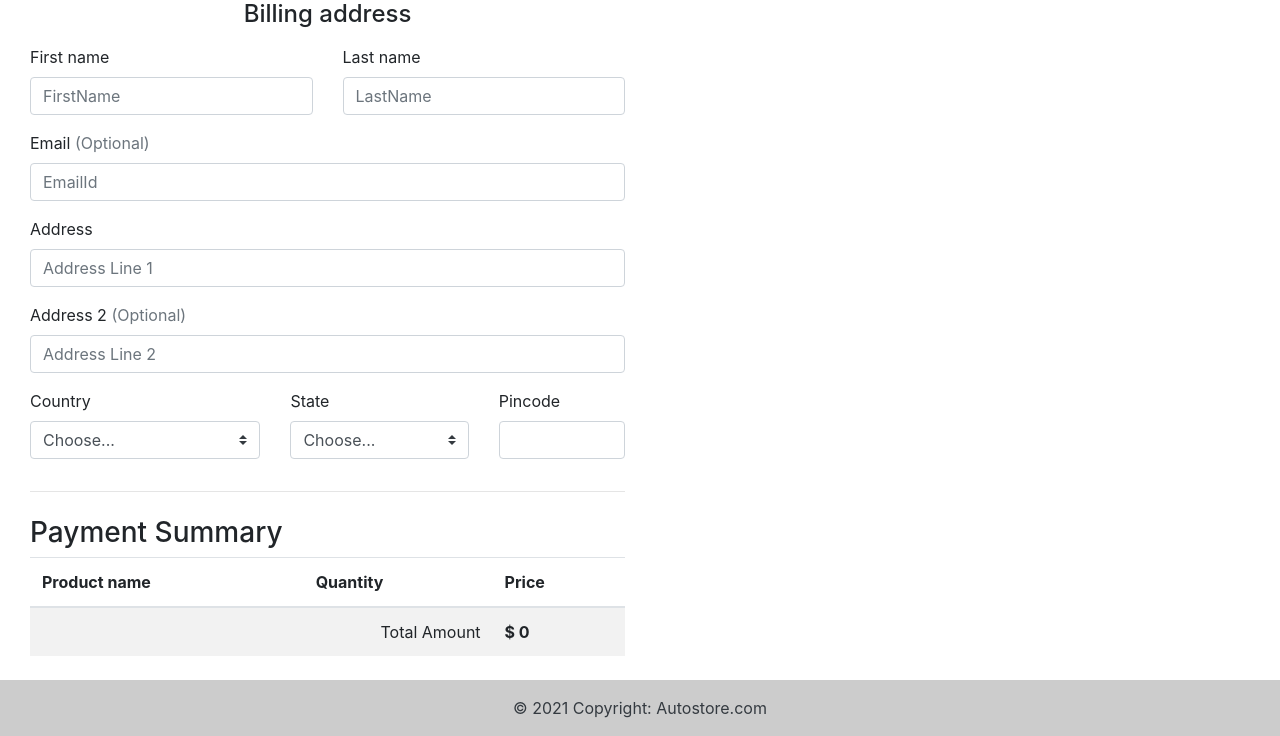
Repository: pravinsakthivel/ecommerce
Page: /checkout
The author's editor kept a copy of each file at every save. The page is drawn from the files as they stood at one save, then again after the next save.
The browser window is 1280 px wide. The pictures show the whole page.
The project was rebuilt for these pictures with package versions that can differ from the ones it lists, and the page was loaded fresh each time. Also part of the build but not shown: src/components/UI/BaseButton.vue, src/components/ProductItem.vue, src/components/UI/ShoppingCartIcon.vue, src/components/UI/NavigationBar.vue, src/components/UI/SearchBar.vue, src/components/ProductDescriptionModal.vue, src/components/ProductList.vue, src/components/CartList.vue and 5 more.

Above is the page before, as saved 2021-04-10 22:16:18.

### public/index.html
<!DOCTYPE html>
<html lang="">
  <head>
    <meta charset="utf-8" />
    <meta http-equiv="X-UA-Compatible" content="IE=edge" />
    <meta name="viewport" content="width=device-width,initial-scale=1.0" />
    <link rel="icon" href="<%= BASE_URL %>favicon.ico" />
    <link
      href="https://fonts.googleapis.com/css?family=Nunito+Sans:400,400i,700,900&display=swap"
      rel="stylesheet"
    />
    <title><%= htmlWebpackPlugin.options.title %></title>
  </head>
  <style>
    #page-container {
      position: relative;
      min-height: 100vh;
    }

    #content-wrap {
      padding-bottom: 2.5rem; /* Footer height */
    }

    #footer {
      position: absolute;
      bottom: 0;
      width: 100%;
      height: 2.5rem; /* Footer height */
    }
  </style>
  <body>
    <noscript>
      <strong
        >We're sorry but <%= htmlWebpackPlugin.options.title %> doesn't work
        properly without JavaScript enabled. Please enable it to
        continue.</strong
      >
    </noscript>
    <div id="page-container">
      <div id="content-wrap">
        <div id="app"></div>
      </div>
      <footer id="footer">
        <div class="text-center text-dark p-3 footer" style="background-color: rgba(0, 0, 0, 0.2);">
          © 2021 Copyright:
          <a class="text-dark" href="#">Autostore.com</a>
        </div>
      </footer>
    </div>
    <!-- built files will be auto injected -->
  </body>
</html>

### src/main.js
import { createApp } from 'vue';
import App from './App.vue';
import router from './router.js';
import store from './store.js';
import 'bootstrap';
import 'font-awesome/css/font-awesome.min.css';
import 'bootstrap/dist/css/bootstrap.min.css';
import BaseButton from "./components/UI/BaseButton.vue";
import BaseBadge from './components/UI/BaseBadge.vue';
import TheJumbotrom from './components/UI/TheJumbotron.vue';
import BaseModal from './components/UI/BaseModal.vue';



const app = createApp(App);
app.use(router);
app.use(store);
app.component('base-button',BaseButton);
app.component('base-badge',BaseBadge);
app.component('the-jumbotron',TheJumbotrom);
app.component('base-modal',BaseModal);
app.mount('#app');

### src/App.vue
<template>
 <router-view></router-view>

</template>

<script>

export default {
  name: 'App',
}
</script>

<style >

</style>

### src/router.js
import { createRouter, createWebHistory } from "vue-router";
import ProductList from "./components/ProductList.vue";
import CartList from "./components/CartList.vue";
import OrderSuccessPage from "./components/UI/OrderSuccess.vue";
import LoginPage from "./components/UI/LoginPage.vue";
import CheckoutPage from "./components/CheckoutPage.vue";

const router = createRouter({
  history: createWebHistory(),
  routes: [
    {
      path: "/",
      redirect: "/login",
    },
    {
      path: "/cartIems",
      component: CartList,
    },
    {
      path: "/products",
      component: ProductList,
    },
    {
      path: "/orderSuccessPage",
      component: OrderSuccessPage,
    },
    {
      path: "/login",
      component: LoginPage,
    },
    {
      path:"/checkout",
      component:CheckoutPage
    }
  ],
});

export default router;

### src/store.js
import {createStore} from 'vuex';
import productModule from './store/products/index.js'

const store = createStore({
   modules:{
        products:productModule
   }
});

export default store;

### src/components/CheckoutPage.vue
<template>
  <div class="col-md-12">
    <div class="col-md-6 ">
      <h4 class="mb-3 text-center">Billing address</h4>
      <form>
        <div class="row">
          <div class="col-md-6 mb-3">
            <label for="firstName">First name</label>
            <input
              type="text"
              class="form-control"
              id="firstName"
              placeholder="FirstName"
              value=""
              required
            />
          </div>
          <div class="col-md-6 mb-3">
            <label for="lastName">Last name</label>
            <input
              type="text"
              class="form-control"
              id="lastName"
              placeholder="LastName"
              value=""
              required
            />
          </div>
        </div>
        <div class="mb-3">
          <label for="email"
            >Email <span class="text-muted">(Optional)</span></label
          >
          <input
            type="email"
            class="form-control"
            id="email"
            placeholder="EmailId"
          />
        </div>

        <div class="mb-3">
          <label for="address">Address</label>
          <input
            type="text"
            class="form-control"
            id="address"
            placeholder="Address Line 1"
            required
          />
        </div>

        <div class="mb-3">
          <label for="address2"
            >Address 2 <span class="text-muted">(Optional)</span></label
          >
          <input
            type="text"
            class="form-control"
            id="address2"
            placeholder="Address Line 2"
          />
        </div>

        <div class="row">
          <div class="col-md-5 mb-3">
            <label for="country">Country</label>
            <select class="custom-select d-block w-100" id="country" required>
              <option value="">Choose...</option>
              <option>India</option>
            </select>
          </div>
          <div class="col-md-4 mb-3">
            <label for="state">State</label>
            <select class="custom-select d-block w-100" id="state" required>
              <option value="">Choose...</option>
              <option>Bangalore</option>
            </select>
          </div>
          <div class="col-md-3 mb-3">
            <label for="zip">Pincode</label>
            <input
              type="text"
              class="form-control"
              id="zip"
              placeholder=""
              required
            />
          </div>
        </div>
        <hr class="mb-4" />
      </form>

    </div>
    <div class="col-md-6">
      <payment-details></payment-details>
    </div>

  </div>
</template>
<script>
import PaymentDetails from "./PaymentDetails.vue";

export default {
  components: {
    PaymentDetails,
  },
};
</script>

### src/store/products/index.js
import actions from './actions.js';
import getters from './getters.js';
import mutations from './mutations.js';

export default{
    namespaced:true,
    state(){
        return{
            products: [],
            cartItems: [],
            productsIdsInCart:[],
            searchedItems:[],
            lastUpdated:null,
            loggedInUser :''
        }
    },
    actions,
    getters,
    mutations
}

### src/components/PaymentDetails.vue
<template>
  <div>
    <h3>Payment Summary</h3>
    <table class="table table-striped">
      <thead>
        <tr>
          <th>Product name</th>
          <th>Quantity</th>
          <th>Price</th>
        </tr>
      </thead>
      <tbody>
        <tr v-for="item in cartItems" :key="item.productId">
          <td>{{ item.productName }}</td>
          <td>{{ item.quantity }}</td>
          <td>$ {{ item.cartValue ? item.cartValue : item.price }}</td>
        </tr>
        <tr>
          <td colspan="2" class="text-right">Total Amount</td>
          <td>
            <strong>$ {{ totalCartValue }}</strong>
          </td>
        </tr>
      </tbody>
    </table>
  </div>
  <paypal-component :cartValue="totalCartValue"></paypal-component>
</template>
<script>
import PaypalComponent from './PayPalComponent.vue';
export default {
  components:{
    PaypalComponent
  },
  computed: {
    totalCartValue() {
      let cartvalue = 0;
      this.cartItems.forEach((element) => {
        cartvalue += element.cartValue ? element.cartValue : element.price;
      });
      console.log(cartvalue)
      return cartvalue;
    },
    cartItems(){
      return this.$store.getters['products/getCartItems']
    }
  }
};
</script>

### src/store/products/actions.js
export default {
  async loadProducts(context,forceRefresh) {
    console.log(context.getters.shouldRefresh , forceRefresh);
    if(!context.getters.shouldRefresh && !forceRefresh){
      console.log("sending cache data");
      return;
    }
    console.log("sending fetched data");
    let url = `https://products-data-b01f9-default-rtdb.firebaseio.com/products/-MXaxOFKGRgCKs_OkzrR.json`;
    let response = await fetch(url);
    let responseData = await response.json();
    context.commit("setProducts", responseData);
    context.commit("setTimeStamp");
  },
  setProducts(context, payload) {
    context.commit("setProducts", payload);
  },
  addProductItemToCart(context, product) {
    let cartItems = [...context.getters.getCartItems, product];
    context.dispatch("addProductIdInCart", product.productId);
    context.commit("setCartItems", cartItems);
  },
  addProductIdInCart(context, data) {
    let productIdsInCart = [...context.getters.getproductIdsIncart, data];
    context.commit("setProductIdsInCart", productIdsInCart);
  },
  setCartItems(context, data) {
    context.commit("setCartItems", data);
  },
  removeCartItem(context, productId) {
    let cartItems = context.getters.getCartItems;
    let filteredItems = cartItems.filter((item) => {
      return item.productId != productId;
    });
    context.dispatch("removeProductIdInCart", productId);
    context.commit("setCartItems", filteredItems);
  },
  removeProductIdInCart(context, productId) {
    let productIdsInCart = context.getters.getproductIdsIncart;
    const index = productIdsInCart.indexOf(productId);
    if (index > -1) {
      productIdsInCart.splice(index, 1);
    }
    context.commit("setProductIdsInCart", productIdsInCart);
  },
  setSearchedItems(context, payload) {
    context.commit("setSearchedItems", payload);
  },
  setUser(context,userName){
    context.commit("setUser",userName);
  },
  resetProductIdsInCart(context){
    context.commit("setProductIdsInCart",[])
  }
};

### src/store/products/getters.js
export default {
  getProducts(state) {
    return state.products;
  },
  getCartItems(state) {
    return state.cartItems;
  },
  getproductIdsIncart(state) {
    return state.productsIdsInCart;
  },
  shouldRefresh(state) {
    let lastUpdate = state.lastUpdated;
    if (!lastUpdate) {
      return true;
    }
    const currentTimeStamp = new Date().getTime();
    return (currentTimeStamp - lastUpdate) / 1000 > 60;
  },
  getSearchItems(state){
      return state.searchedItems;
  },
  getLoggedInUser(state){
    return state.loggedInUser;
  }
};

### src/store/products/mutations.js
export default {
  setCartItems(state, payload) {
    state.cartItems = payload;
  },
  setProducts(state, payload) {
    state.products = payload;
  },
  setProductIdsInCart(state, payload) {
    state.productsIdsInCart = payload;
  },
  setTimeStamp(state) {
    state.lastUpdated = new Date().getTime();
  },
  setSearchedItems(state, payload) {
    state.searchedItems = payload;
  },
  setUser(state, userName) {
    state.loggedInUser = userName;
  },
};

### src/components/PayPalComponent.vue
<template>
  <div id="paypal-button"></div>
</template>
<script>
export default {
  props:["cartValue"],
  mounted() {
    let paypalScript = document.createElement("script");
    paypalScript.setAttribute(
      "src",
      "https://www.paypal.com/sdk/js?client-id=AVqt9vrCUVqfc7P88IdNEju9AuBGJq-97Q6YjIoat7qiJp9kvvh4UoYTX6ck6Du60ubYApPewCvAZViN"
    );
    paypalScript.addEventListener("load", this.loadPayPal);
    document.head.appendChild(paypalScript);
  },
  methods:{
      loadPayPal() {
      let self = this;

      window.paypal
        .Buttons({
          createOrder: function(data, actions) {
           let totalCartValue = self.cartValue;
            // This function sets up the details of the transaction, including the amount and line item details.
            return actions.order.create({
              purchase_units: [
                {
                  amount: {
                    value: totalCartValue,
                  },
                },
              ],
            });
          },
          onApprove: function(data, actions) {
            // This function captures the funds from the transaction.
            return actions.order.capture().then(function(details) {
              // This function shows a transaction success message to your buyer.
              self.processPostPayment(details);
            });
          },
        })
        .render("#paypal-button");
    },
     processPostPayment(details) {
      console.log(details);
      this.$store.dispatch("products/setCartItems", []);
      this.$store.dispatch("products/resetProductIdsInCart");
      this.$router.push("orderSuccessPage");
    }
  }
};
</script>

After the next save:
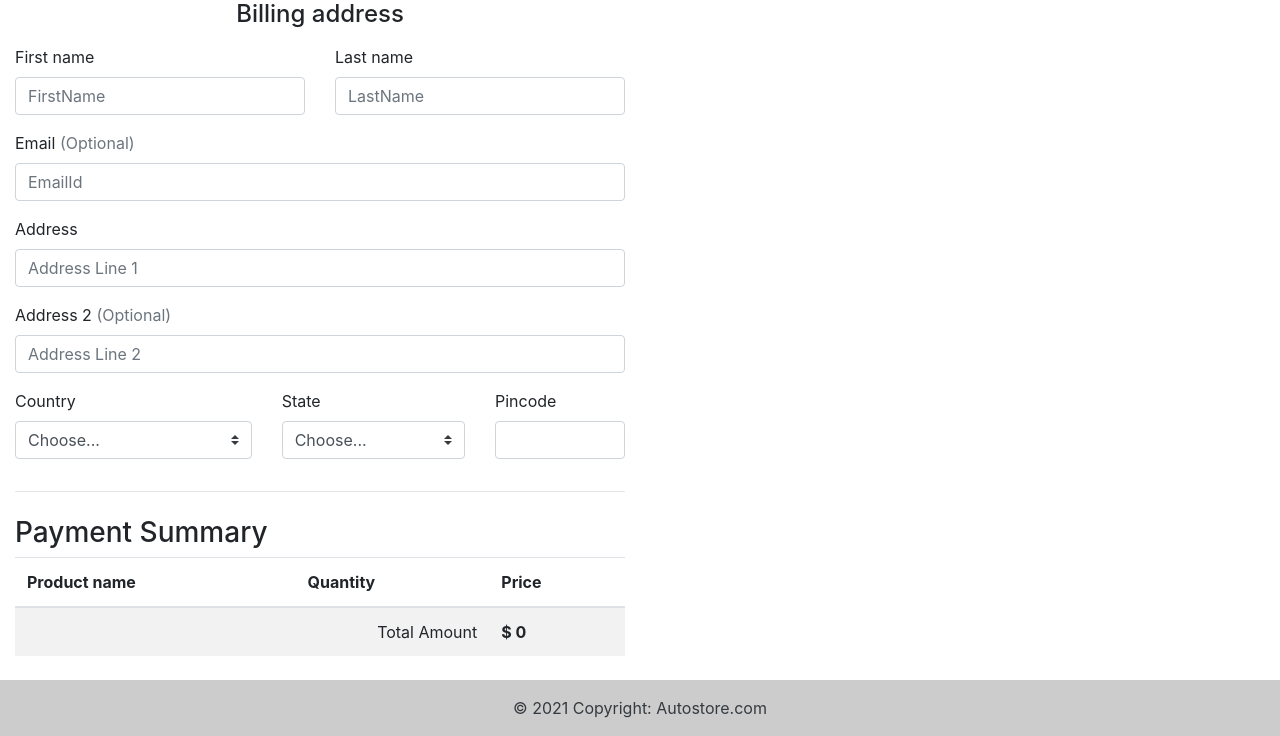
Saved 22 s later.
--- a/src/components/CheckoutPage.vue
+++ b/src/components/CheckoutPage.vue
@@ -1,5 +1,4 @@
 <template>
-  <div class="col-md-12">
     <div class="col-md-6 ">
       <h4 class="mb-3 text-center">Billing address</h4>
       <form>
@@ -96,7 +95,6 @@
       <payment-details></payment-details>
     </div>
 
-  </div>
 </template>
 <script>
 import PaymentDetails from "./PaymentDetails.vue";
